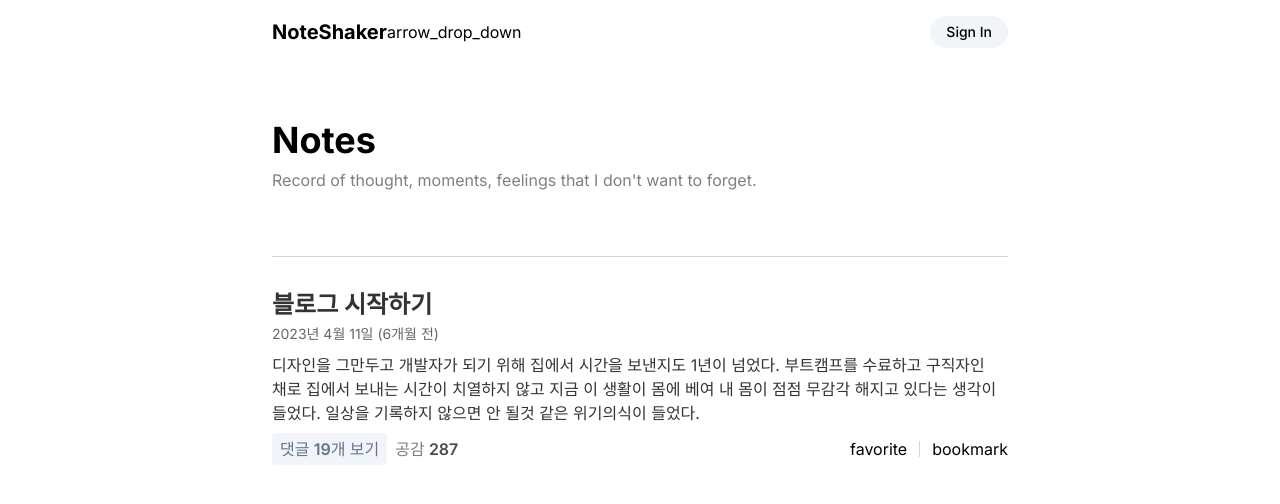
Repository: kwngmin/gongam
Page: /
An editor plug-in stored every save of this project. The page is shown before and after the next save, followed by the edit.
The browser window is 1280 px wide. The pictures show the whole page.
The page's requests for data from a server got no answer. The project was rebuilt for these pictures with package versions that can differ from the ones it lists, and the page was loaded fresh each time. The framework's server and built-in components were replaced by stand-ins that run in the browser. No one was signed in, and anything a server would have sent is missing. Also part of the build but not shown: next.config.js, src/components/ui/icons/SearchIcon.tsx, src/components/Avatar.tsx, src/components/ui/DockButton.tsx, src/components/ui/Dockbar.tsx.

Above is the page before, as saved 2023-11-05 00:49:12.

### src/app/layout.tsx
import type { Metadata } from 'next';
import { Inter } from 'next/font/google';
import './globals.css';
import Navbar from '@/components/ui/Navbar';
import 'material-symbols';
import AuthContext from '../context/AuthContext';
import { Analytics } from '@vercel/analytics/react';
import Head from 'next/head';
import Dockbar from '@/components/ui/Dockbar';
import SWRConfigContext from '@/context/SWRConfigContext';

const inter = Inter({ subsets: ['latin'] });

export const metadata: Metadata = {
  title: 'NoteShaker',
  description: 'Record of thought, moments, feelings',
};

export default function RootLayout({
  children,
}: {
  children: React.ReactNode;
}) {
  return (
    <html lang='en' className={inter.className}>
      <Head>
        <meta
          name='viewport'
          content='initial-scale=1.0,user-scalable=no,maximum-scale=1,width=device-width'
        />
      </Head>
      <body className='h-screen flex relative flex-col'>
        <AuthContext>
          <header className='sticky top-0 w-full max-w-screen-md mx-auto px-4'>
            <Navbar />
          </header>
          <main className='grow w-full overflow-auto'>
            <SWRConfigContext>{children}</SWRConfigContext>
          </main>
          <footer className=''>
            <Dockbar />
          </footer>
          <Analytics />
        </AuthContext>
      </body>
    </html>
  );
}

### src/app/page.tsx
import NotePost from '@/components/NotePost';
import Title from '@/components/ui/Title';

export default function Home() {
  const titleData = {
    title: `Notes`,
    description: `Record of thought, moments, feelings that I don't want to forget.`,
  };
  return (
    <section className='max-w-screen-md mx-auto px-4 h-fit'>
      <Title titleData={titleData} />
      <NotePost />
    </section>
  );
}

### src/app/globals.css
@tailwind base;
@tailwind components;
@tailwind utilities;

:root {
  --foreground-rgb: 0, 0, 0;
  --background-start-rgb: 214, 219, 220;
  --background-end-rgb: 255, 255, 255;
  --app-height: 100%;
}

@media (prefers-color-scheme: dark) {
  :root {
    --foreground-rgb: 255, 255, 255;
    --background-start-rgb: 0, 0, 0;
    --background-end-rgb: 0, 0, 0;
  }
}

@supports (-webkit-touch-callout: none) {
  .h-screen {
    height: -webkit-fill-available;
  }
}

/* font-variation-settings: 'FILL' 1, 'wght' 400, 'GRAD' 0, 'opsz' 40; */
.material-symbols-rounded {
  font-variation-settings: 'wght' 400;
  /* font-variation-settings: 'FILL' 1, 'wght' 600, 'GRAD' 0, 'opsz' 48; */
  &.filled {
    font-variation-settings: 'FILL' 1;
  }
  &.medium {
    font-size: 28px;
  }
  &.large {
    font-size: 32px;
  }
  &.xlarge {
    font-size: 36px;
  }
}

// 탭 하이라이트 제거
@layer base {
  html {
    -webkit-tap-highlight-color: transparent;
    /* 익스플로러 IE 10 확대 제어 */
    -ms-content-zooming: none;
    -ms-touch-action: pan-x pan-y;
  }
}

// safe-area 하단 대응
@layer utilities {
  .pb-safe {
    padding-bottom: env(safe-area-inset-bottom);
  }
}
/* footer {
  padding-bottom: constant(safe-area-inset-bottom);
  padding-left: constant(safe-area-inset-left);
  padding-right: constant(safe-area-inset-right);

  padding-bottom: env(safe-area-inset-bottom);
  padding-left: env(safe-area-inset-left);
  padding-right: env(safe-area-inset-right);
} */

// safe-area 상단 대응

body {
  padding: 0;
  margin: 0;
  width: 100%;
  overflow: hidden;
  touch-action: none;
}

.dockbar {
  padding-bottom: env(safe-area-inset-bottom);
}

### src/components/ui/Navbar.tsx
'use client';
import Link from 'next/link';
import SearchIcon from './icons/SearchIcon';
import ArrowDropDownIcon from './icons/ArrowDropDownIcon';
import { getServerSession } from 'next-auth';
import { authOptions } from '@/pages/api/auth/[...nextauth]';
import { usePathname } from 'next/navigation';
import { useSession } from 'next-auth/react';
import { useEffect, useState } from 'react';

export default function Navbar() {
  const pathName = usePathname();
  const { data: session } = useSession();
  const [isLoading, setIsLoading] = useState(true);

  // const session = await getServerSession(authOptions);
  // console.log(session);
  if (pathName === '/auth/signin') {
    return true;
  }
  console.log(session);
  return (
    <div className='h-16 flex items-center justify-between'>
      <Link href='/'>
        <div className='flex items-center'>
          <h1 className='text-lg md:text-xl font-bold'>NoteShaker</h1>
          <ArrowDropDownIcon />
        </div>
      </Link>
      {session ? (
        <Link href='/search'>
          <div className='flex items-center w-9 h-9 hover:bg-gray-100 justify-center rounded-2xl'>
            <SearchIcon />
          </div>
        </Link>
      ) : (
        <Link href='/auth/signin'>
          <div className='bg-slate-100 hover:bg-slate-200 rounded-full px-4 h-8 flex items-center font-medium text-sm select-none'>
            Sign In
          </div>
        </Link>
      )}
    </div>
  );
}

### src/context/AuthContext.tsx
'use client';
import { SessionProvider } from 'next-auth/react';
import { ReactNode } from 'react';
type Props = {
  children: ReactNode;
};
export default function AuthContext({ children }: Props) {
  return <SessionProvider>{children}</SessionProvider>;
}

### src/context/SWRConfigContext.tsx
'use client';

import { ReactNode } from 'react';
import { SWRConfig } from 'swr';

type Props = {
  children: ReactNode;
};
export default function SWRConfigContext({ children }: Props) {
  return (
    <SWRConfig
      value={{
        fetcher: (url: string) => fetch(url).then(res => res.json()),
      }}
    >
      {children}
    </SWRConfig>
  );
}

### src/components/NotePost.tsx
'use client';
import RoundIcon from './ui/icons/RoundIcon';
import { BsFillChatFill } from 'react-icons/bs';

export default function NotePost() {
  return (
    <div className='py-8 border-t border-gray-300'>
      <h2 className='text-xl lg:text-2xl font-bold text-black/80'>
        블로그 시작하기
      </h2>
      <time className='text-black/60 text-sm'>2023년 4월 11일 (6개월 전)</time>
      <div className='text-black/80 mt-2 break-keep'>
        <p>
          디자인을 그만두고 개발자가 되기 위해 집에서 시간을 보낸지도 1년이
          넘었다. 부트캠프를 수료하고 구직자인 채로 집에서 보내는 시간이
          치열하지 않고 지금 이 생활이 몸에 베여 내 몸이 점점 무감각 해지고
          있다는 생각이 들었다. 일상을 기록하지 않으면 안 될것 같은 위기의식이
          들었다.
        </p>
      </div>
      <div className='flex justify-between items-center mt-2'>
        <div className='flex items-center gap-2'>
          <span className='cursor-pointer py-1 px-2 bg-slate-100 rounded text-slate-500 select-none font-medium'>
            {/* 댓글 달기 */}
            댓글 <span className='font-semibold'>19</span>개 보기
          </span>
          <span className='font-medium text-black/50'>
            공감 <span className='font-semibold text-black/70'>287</span>
          </span>
        </div>
        <div className='flex items-center gap-3'>
          <RoundIcon name='favorite' style='' />
          <span className='border-l border-gray-300 flex h-4' />
          <RoundIcon name='bookmark' style='' />
        </div>
      </div>
    </div>
  );
}

### src/components/ui/Title.tsx
type TitleData = {
  title: string;
  description: string;
};
export default function Title({ titleData }: { titleData: TitleData }) {
  const { title, description } = titleData;
  return (
    <div className='pt-14 pb-16'>
      <h1 className='text-3xl md:text-4xl font-bold mb-2'>{title}</h1>
      <p className='text-black/50 break-keep'>{description}</p>
    </div>
  );
}

### src/components/ui/icons/ArrowDropDownIcon.tsx
export default function ArrowDropDownIcon() {
  return (
    <span className='material-symbols-rounded fillIcon'>arrow_drop_down</span>
  );
}

### src/components/ui/icons/RoundIcon.tsx
type Props = {
  filled?: boolean;
  style?: string;
  name: string;
};
export default function RoundIcon({ filled = false, style, name }: Props) {
  return (
    <span
      className={`material-symbols-rounded ${
        filled ? 'filled' : ''
      } ${style} select-none`}
    >
      {name}
    </span>
  );
}

Loaded but not shown: tailwind.config.js (common file)

After the next save:
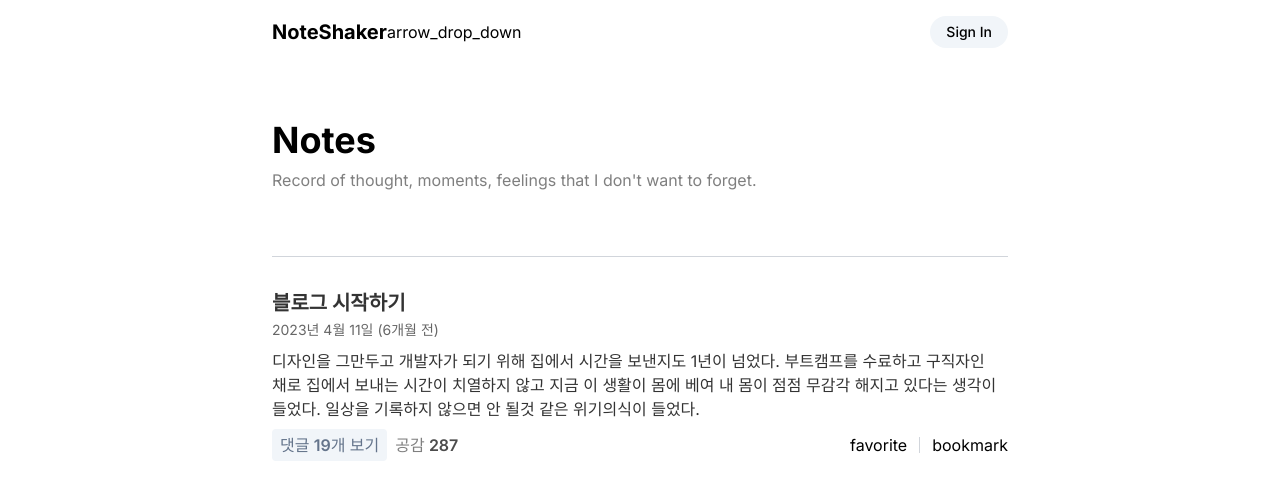
Saved 26 s later.
--- a/src/components/NotePost.tsx
+++ b/src/components/NotePost.tsx
@@ -5,9 +5,7 @@
 export default function NotePost() {
   return (
     <div className='py-8 border-t border-gray-300'>
-      <h2 className='text-xl lg:text-2xl font-bold text-black/80'>
-        블로그 시작하기
-      </h2>
+      <h2 className='text-xl  font-bold text-black/80'>블로그 시작하기</h2>
       <time className='text-black/60 text-sm'>2023년 4월 11일 (6개월 전)</time>
       <div className='text-black/80 mt-2 break-keep'>
         <p>

After the save that followed:
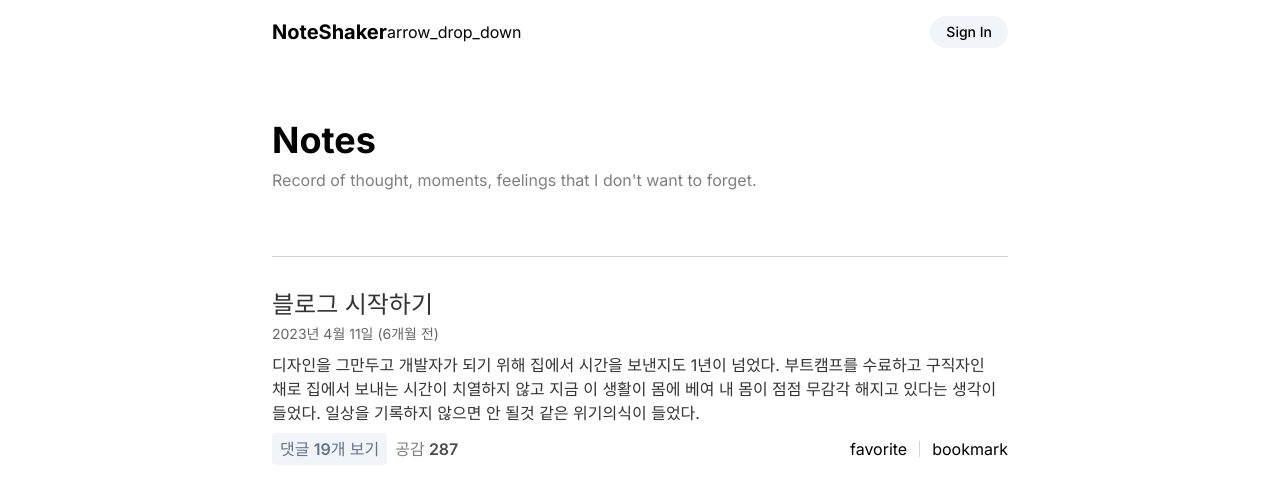
Saved 16 s later.
--- a/src/components/NotePost.tsx
+++ b/src/components/NotePost.tsx
@@ -5,7 +5,9 @@
 export default function NotePost() {
   return (
     <div className='py-8 border-t border-gray-300'>
-      <h2 className='text-xl  font-bold text-black/80'>블로그 시작하기</h2>
+      <h2 className='text-xl lg:text-2xl font-bold lg:font-medium text-black/80'>
+        블로그 시작하기
+      </h2>
       <time className='text-black/60 text-sm'>2023년 4월 11일 (6개월 전)</time>
       <div className='text-black/80 mt-2 break-keep'>
         <p>
